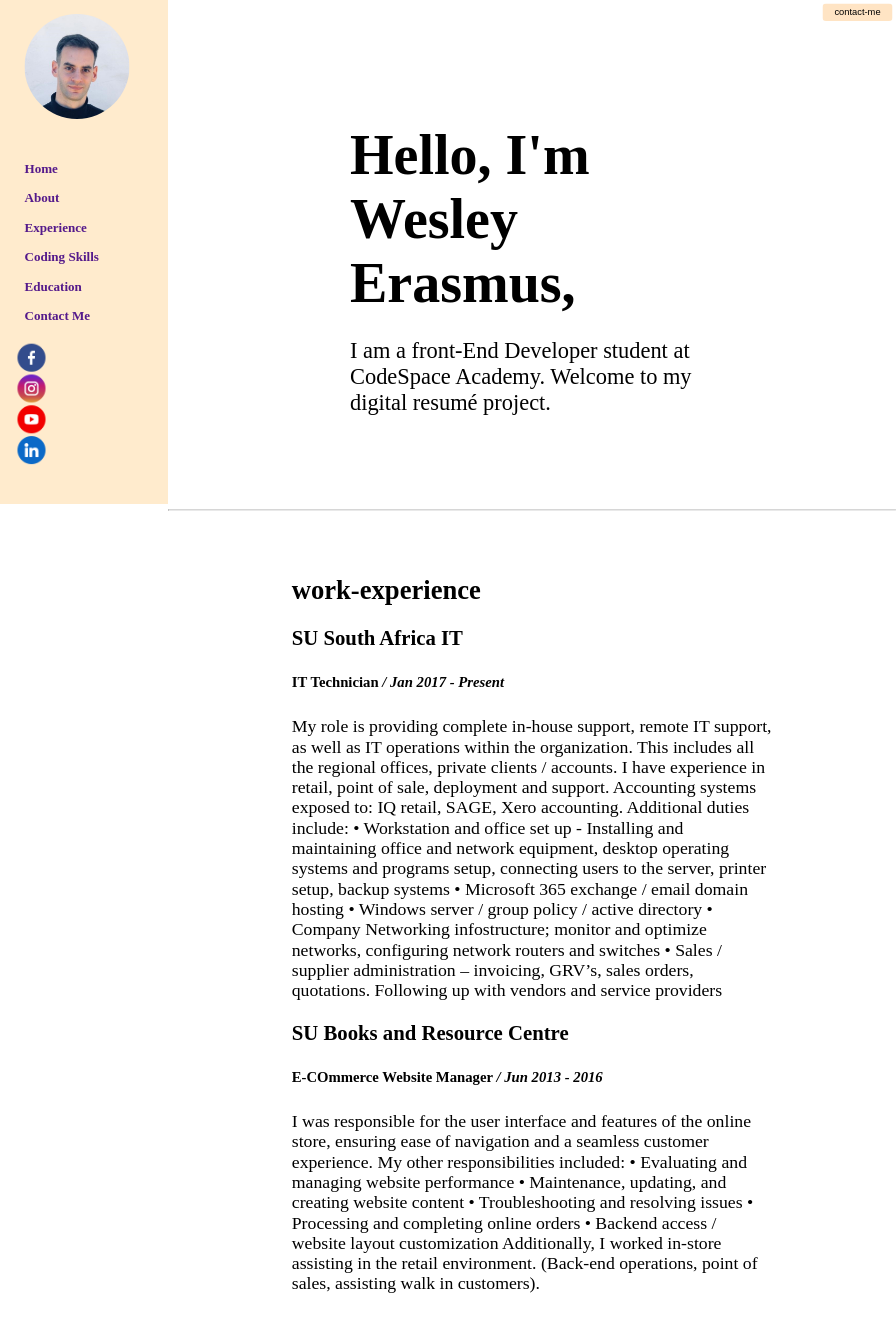
Repository: WesleyErasmus/MyDigitalResume-5
Page: index.html
These files come from the project's save history. The page is drawn as it stood at one moment and after the next save; the edit follows.
The browser window is 1280 px wide. The pictures show the part of the page from y = 0 to 1920 px (the page is 2928 px tall), at 70% of full size.

Above is the page before, as saved 2022-02-25 21:18:30.

After the next save:
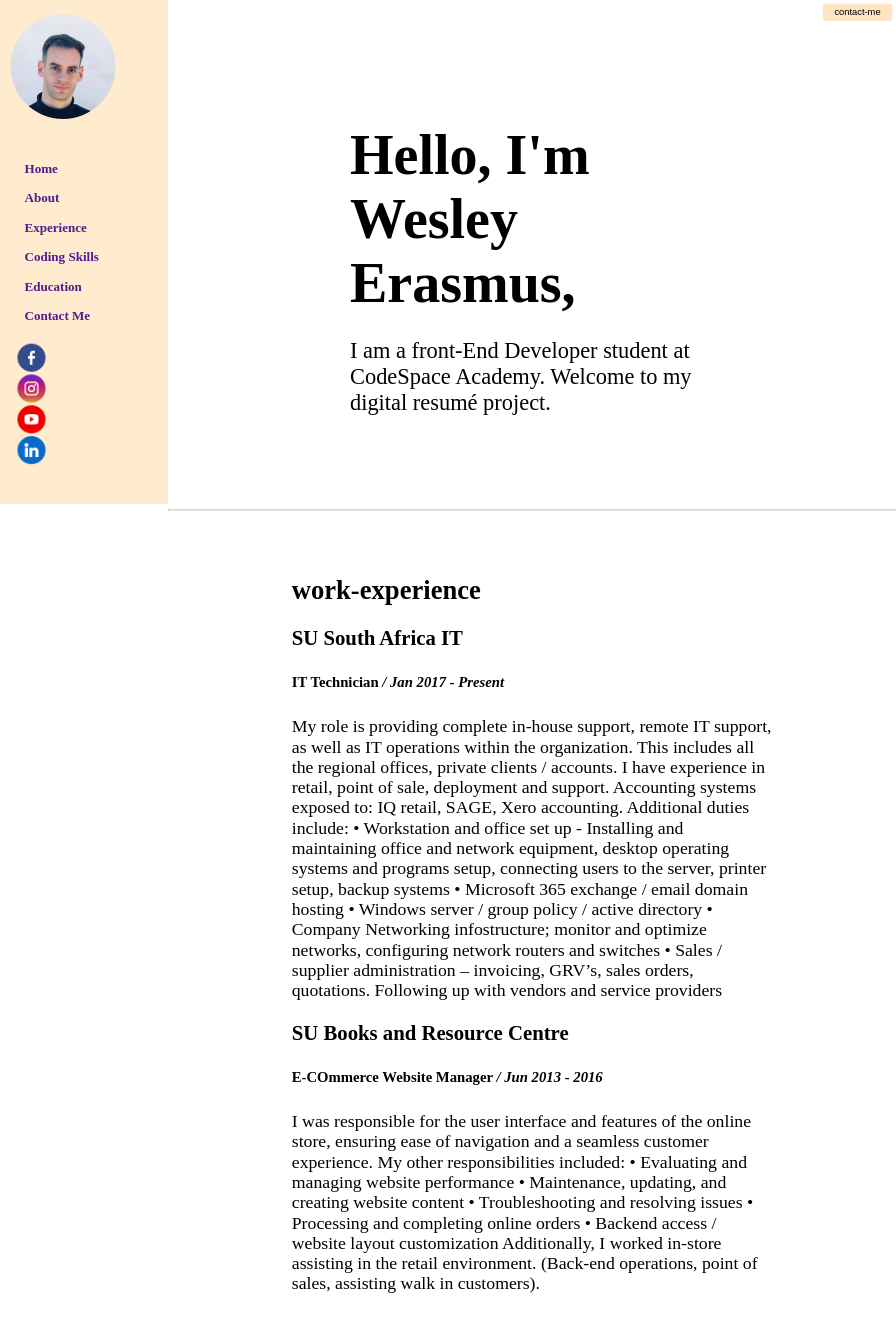
Saved 4 s later.
--- a/stylesheet.css
+++ b/stylesheet.css
@@ -17,7 +17,7 @@ header {
   margin-top: 20px;
   margin-bottom: 50px;
   padding: 0;
-  margin-left: 50px;
+  margin-left: 30px;
   /* margin-left: auto;
     margin-right: auto; */
 }
